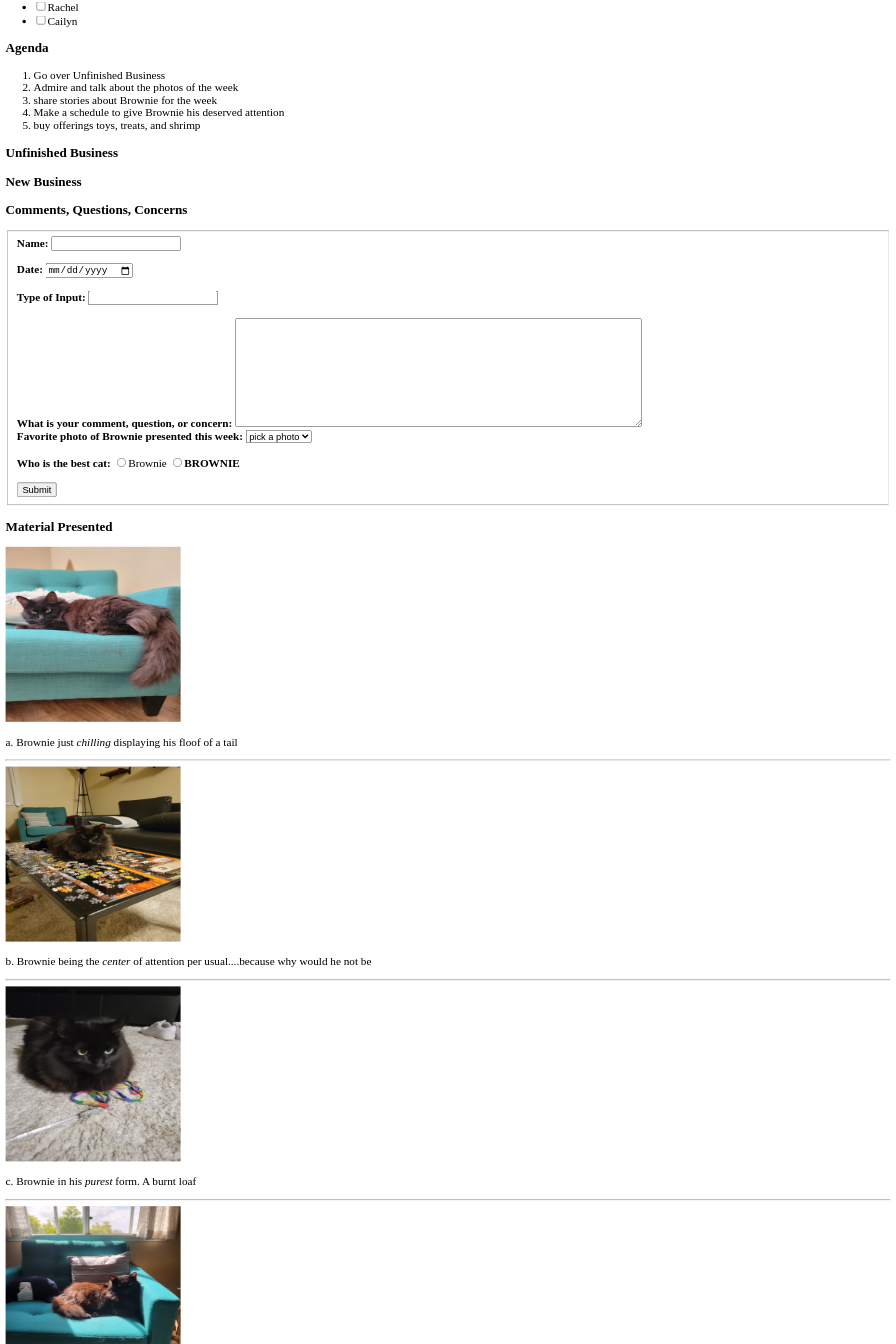
Repository: sarahtthomson/fa22-cse110-lab3
Page: index.html
These files come from the project's save history. The page is drawn as it stood at one moment and after the next save; the edit follows.
The browser window is 1280 px wide. The pictures show the part of the page from y = 553 to 2473 px (the page is 3058 px tall before and 3138 px after), at 70% of full size.

Above is the page before, as saved 2022-10-08 19:42:06.

### index.html
<!DOCTYPE html>
<html lang="en">
    <head>
        <Title>Team Brownie</Title>
        <meta name="description" content="Meeting minutes for Team Brownie">
        <link rel="icon" href="favicon.ico">
    </head>
    <body>
        <header>
            <h1>Team Brownie Meeting 1</h1>
            <h2>Overview</h2>
            <h3>10/07/2022</h3>
        </header>
        <main>
            <nav class="nav">
                <section>
                    <h3>Navigation</h4>
                    <ol>
                        <li><a href="#Attendance" >Attendance</a></li>
                        <li><a href="#Agenda">Agenda</a></li>
                        <li><a href="#Unfinished">Unfinished Business</a></li>
                        <li><a href="#New">New Business</a></li>
                        <li><a href="#Comments">Comments, Questions, Concerns</a></li>
                        <li><a href="#Material">Material Presented</a></li>
                        <li><a href="#Audio">Audio of Meeting</a></li>
                        <li><a href="#Video">Video of Meeting</a></li>
                    </ol>
                </section>
            </nav>
            <div class="Attendance" id="Attendance">
                <h3>Attendance</h3>
                <ul>
                    <li><input type="checkbox">Sarah</li>
                    <li><input type="checkbox">Mika</li>
                    <li><input type="checkbox">Allison</li>
                    <li><input type="checkbox">Hannah</li>
                    <li><input type="checkbox">Mariella</li>
                    <li><input type="checkbox">Anthony</li>
                    <li><input type="checkbox">Melanie</li>
                    <li><input type="checkbox">Rachel</li>
                    <li><input type="checkbox">Cailyn</li>
                </ul>
            </div>
            <div class="Agenda" id="Agenda">
                <h3>Agenda</h3>
                <ol>
                    <li>Go over Unfinished Business</li>
                    <li>Admire and talk about the photos of the week</li>
                    <li>share stories about Brownie for the week</li>
                    <li>Make a schedule to give Brownie his deserved attention</li>
                    <li>buy offerings <span class="offering">toys</span>, <span class="offering">treats</span>, and <span class="offering">shrimp</span></li>
                </ol>
            </div>
            <div class="Unfinished" id="Unfinished">
                <h3>Unfinished Business</h3>
            </div>
            <div class="New" id="New">
                <h3>New Business</h3>
            </div>
            <div class="Comments" id="Comments">
                <h3>Comments, Questions, Concerns</h3>
                <form method="get" class="cqc" id="form">
                    <fieldset>
                        <label for="name"><b>Name:</b></label>
                        <input type="text" name="name" id="name">
                        <br>
                        <br>
                        <label for="date"><b>Date:</b></label>
                        <input type="date" name="date" id="date">
                        <br>
                        <br>
                        <label for="cqorc"><b>Type of Input:</b></label>
                        <input list="type-of-input" id="choice" name="choice">
                        <br>
                        <datalist id="type-of-input">
                            <option value="comment">
                            <option value="question">
                            <option value="concern">
                        </datalist>
                        <br>
                        <label for="textbox"><b>What is your comment, question, or concern:</b></label>
                        <textarea id="textbox" name="textbox" rows="10" cols="70"></textarea>
                        <br>
                        <label for="best-photo"><b>Favorite photo of Brownie presented this week:</b></label>
                        <select name="photos" id="photo-select">
                            <option value="">pick a photo</option>
                            <option value="a">a</option>
                            <option value="b">b</option>
                            <option value="c">c</option>
                            <option value="d">d</option>
                            <option value="e">e</option>
                        </select>
                        <br>
                        <br>
                        <label for="best"><b>Who is the best cat:</b></label>
                        <input type="radio" id="brownie" name="cat"><label for="brownie">Brownie</label>
                        <input type="radio" id="brownie!" name="cat"><label for="brownie!"><strong>BROWNIE</strong></label>
                        <br>
                        <br>
                        <button type="submit" form="form">Submit</button>
                    </fieldset>
                </form>
            </div>
            <div class="Material" id="Material">
                <h3>Material Presented</h3>
                <img height="250" width="250" src="cat.jpg">
                <p>a. Brownie just <em>chilling</em> displaying his floof of a tail</p>
                <hr>
                <img height="250" width="250" src="cat1.jpg">
                <p>b. Brownie being the <i>center</i> of attention per usual....because why would he not be</p>
                <hr>
                <img height="250" width="250" src="cat2.jpg">
                <p>c. Brownie in his <em>purest</em> form. A burnt loaf</p>
                <hr>
                <img height="250" width="250" src="cat3.jpg">
                <p>d. Brownie being the ray of <i>sunshine</i> that he is</p>
                <hr>
                <img height="250" width="250" src="cat4.jpeg">
                <p>e. Brownie being a tunnel floof</p>
                <hr>
                <details><summary>Disclaimer</summary>There are only 5 photos of the week because Brownie will not work on weekends</details>
            </div>
            <div class="Audio" id="Audio">
                <h3>Audio of Meeting</h3>
            </div>
            <div class="Video" id="Video">
                <h4>Video of Meeting</h4>
            </div>
        </main>
        <footer>
            <p>by Sarah Thomson, 2022 CSE 110</p>
        </footer>

    </body>
</html>

After the next save:
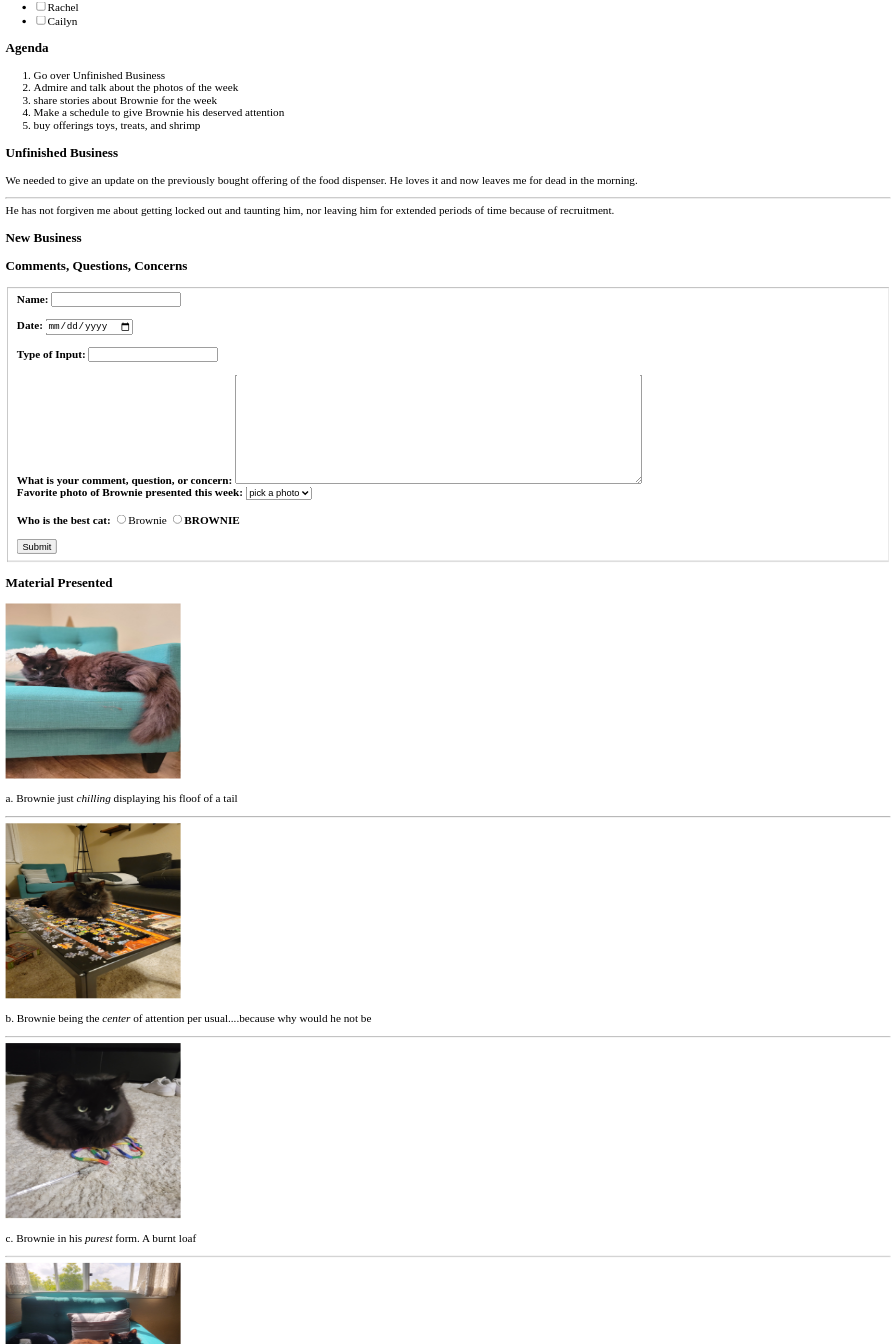
Saved 2 min 34 s later.
--- a/index.html
+++ b/index.html
@@ -53,6 +53,7 @@
             </div>
             <div class="Unfinished" id="Unfinished">
                 <h3>Unfinished Business</h3>
+                <p>We needed to give an update on the previously bought offering of the food dispenser. He loves it and now leaves me for dead in the morning. <hr> He has not forgiven me about getting locked out and taunting him, nor leaving him for extended periods of time because of recruitment.</p>
             </div>
             <div class="New" id="New">
                 <h3>New Business</h3>
